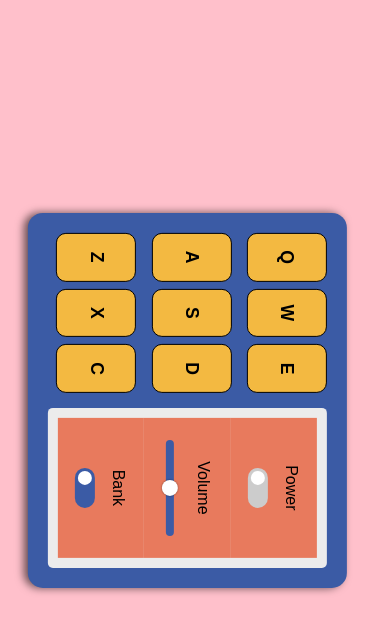
Repository: alfredoleano/drum-machine
Page: /
The author's editor kept a copy of each file at every save. The page is drawn from the files as they stood at one save, then again after the next save.
The browser window is 375 px wide. The pictures show the whole page.
The project was rebuilt for these pictures with package versions that can differ from the ones it lists, and the page was loaded fresh each time.

Above is the page before, as saved 2024-06-12 19:55:52.

### src/App.js
import { useEffect, useState } from 'react';
import './App.css';
import './styles.scss';

function App() {
  const bank1 = {
    Q: 'sounds/Heater-1.mp3',
    W: 'sounds/Heater-2.mp3',
    E: 'sounds/Heater-3.mp3',
    A: 'sounds/Heater-4_1.mp3',
    S: 'sounds/Heater-6.mp3',
    D: 'sounds/Dsc_Oh.mp3',
    Z: 'sounds/Kick_n_Hat.mp3',
    X: 'sounds/RP4_KICK_1.mp3',
    C: 'sounds/Cev_H2.mp3'
  };

  const bank2 = {
    Q: 'sounds/piano.mp3',
    W: 'sounds/jazz.wav',
    E: 'sounds/bangu.wav',
    A: 'sounds/num.wav',
    S: 'sounds/stroke.wav',
    D: 'sounds/cymbals.wav',
    Z: 'sounds/tom.wav',
    X: 'sounds/kick.wav',
    C: 'sounds/snare.wav'
  };

  const [volume, setVolume] = useState(50); // initial sound value
  const [power, setPower] = useState(false); //initial power volume
  const [bank, setBank] = useState(bank1); // initial bank value
  const [isBank1, setIsBank1] = useState(true); // initial bank toggle state

  // Function to change volume
  const changeVolume = (event) => {
    setVolume(event.target.value); // Update the state with current value of the volume slider
  };

  // Function to toggle power
  const togglePower = () => {
    setPower(!power);
  };

  // Function to switch Banks
  const toggleBank = () => {
    setBank(isBank1 ? bank2 : bank1);
    setIsBank1(!isBank1);
  }

  // Function to play sound
  const playSound = (id) => {
    if(!power) return; // Check if the power is on
    const audio = new Audio(bank[id]);
    audio.volume = volume / 100; // initial sound volume
    audio.currentTime = 0; // Set audio to beginning
    audio.play();
  };

  // Use useEffect to add event listener for keydown events
  useEffect(() => {
    // Make the approptiate key play the approptiate sound
    const handleKeydown = (event) => {
      const key = event.key.toUpperCase();
      if(['Q', 'W', 'E', 'A', 'S', 'D', 'Z', 'X', 'C'].includes(key)) {
        playSound(key);

        // Add active class to the button
        const button = document.getElementById(`button-${key}`);
        if(button) {
          button.classList.add('active');
        }
      }
    };

    const handleKeyup = (event) => {
      const key = event.key.toUpperCase();
      if (['Q', 'W', 'E', 'A', 'S', 'D', 'Z', 'X', 'C'].includes(key)) {
        // Remove active class from the button
        const button = document.getElementById(`button-${key}`);
        if (button) {
          button.classList.remove('active');
        }
      }
    };

    // Add keydown event listener
    window.addEventListener('keydown', handleKeydown);
    window.addEventListener('keyup', handleKeyup);

    // Cleanup event listener on component unmount
    return () => {
      window.removeEventListener('keydown', handleKeydown);
      window.removeEventListener('keyup', handleKeyup);
    };
  }, [volume, power, bank]);

  // useEffect(() => {
  //   const handleResize = () => {
  //     const display = document.getElementById('display');
  //     if (window.innerWidth <= 490) {
  //       display.style.width = `${window.innerHeight}px`;
  //     }
  //     else {
  //       display.style.width = '';
  //     }
  //   };

  //   window.addEventListener('resize', handleResize);
  //   handleResize();

  //   return () => {
  //     window.removeEventListener('resize', handleResize);
  //   };
  // }, []);

  return (
    <div className="App">
      <div id='drum-machine'>
        <div id='display'>
          <div className='buttons-grid'>
            <button id="button-Q" onClick={() => playSound('Q')}>Q</button>
            <button id="button-W" onClick={() => playSound('W')}>W</button>
            <button id="button-E" onClick={() => playSound('E')}>E</button>
            <button id="button-A" onClick={() => playSound('A')}>A</button>
            <button id="button-S" onClick={() => playSound('S')}>S</button>
            <button id="button-D" onClick={() => playSound('D')}>D</button>
            <button id="button-Z" onClick={() => playSound('Z')}>Z</button>
            <button id="button-X" onClick={() => playSound('X')}>X</button>
            <button id="button-C" onClick={() => playSound('C')}>C</button>
          </div>

          <div className='controls'>
            <div className='settings'>
              <label>Power</label>
              {/* Rounded switch */}
              <label className="switch">
                <input type="checkbox" checked={power} onChange={togglePower}/>
                <span className="slider round"></span>
              </label>
            </div>

            <div className='settings'>
              <label>Volume</label>
              <input
                type='range'
                min={0}
                max={100}
                value={volume}
                onChange={changeVolume}
                className='blue'
              />
            </div>

            <div className='settings'>
              <label>Bank</label>
              <label className="switch">
                <input type="checkbox" checked={!isBank1} onChange={toggleBank}/>
                <span className="slider bank"></span>
              </label>
            </div>
          </div>
        </div>
      </div>
    </div>
  );
}

export default App;

### src/styles.scss
$primary-color: #E87A5D;
$secondary-color: #F3B941;
$tertiary-color: #3B5BA5;

/* Apply box-sizing: border-box globally */
*,
*::before,
*::after {
  box-sizing: border-box;
}

body {
  box-sizing: border-box;
  font-family: Arial, sans-serif;
  background-color: $primary-color;
  margin: 0;
  padding: 0;
  height: 100vh;
  // display: flex;
  // align-items: center;
  // justify-content: center;
}

#drum-machine {
  width: 100vw;
  height: 100vh;
  display: flex;
  align-items: center;
  justify-content: center;
  // background-color: greenyellow;
}

#display {
  background-color: $tertiary-color;
  width: 85%;
  max-width: 590px;
  margin: 30px auto;
  padding: 20px;
  border-radius: 15px;
  box-shadow: 0 4px 8px rgba(0, 0, 0, 0.6); /* Subtle shadow */
  display: grid;
  grid-template-columns: 1fr 1fr;
  grid-auto-columns: min-content;
  gap: 15px;
}

.buttons-grid {
  display: grid;
  grid-template-columns: repeat(3, 1fr);
  grid-template-rows: repeat(3, 1fr);
  gap: 7px;
  width: 100%;
}

.buttons-grid button {
  width: 100%px;
  height: 80px;
  // width: 100%;
  // height: 100%;
  border-radius: 10px;
  border: 1px solid #000;
  // border: none;
  font-weight: 800;
  font-size: 1.1rem;
  cursor: pointer;
  outline: none;
  background-color: #F3B941;
}

.buttons-grid button:active {
  background-color: #f1c979;
}

// For keydown event
.buttons-grid button.active {
  background-color: #f1c979;
}

.controls {
  padding: 10px;
  width: 100%;
  display: flex;
  align-items: center;
  justify-content: center;
  flex-direction: column;
  border-radius: 5px;
  background-color: #ececec;
}

.settings {
  display: flex;
  flex-direction: column;
  justify-content: space-around;
  align-items: center;
  padding: 10px;
  height: 35%;
  width: 100%;
  background-color: #E87A5D;
}


/********************* Rounded switch styling ***********************/

/* The switch - the box around the slider */
.switch {
  position: relative;
  display: inline-block;
  width: 40px;
  height: 20px;
  // margin-top: 5px;
}

/* Hide default HTML checkbox */
.switch input {
  opacity: 0;
  width: 0;
  height: 0;
}

/* The slider */
.slider {
  position: absolute;
  cursor: pointer;
  top: 0;
  left: 0;
  right: 0;
  bottom: 0;
  background-color: #ccc;
  -webkit-transition: .4s;
  transition: .4s;
  border-radius: 25px;
}

.slider.bank {
  background: $tertiary-color;
}

.slider:before {
  position: absolute;
  content: "";
  height: 14px;
  width: 14px;
  left: 3px;
  bottom: 3px;
  background-color: white;
  -webkit-transition: .4s;
  transition: .4s;
  border-radius: 50%;
}

input:checked + .slider {
  background-color: $tertiary-color;
}

input:focus + .slider {
  box-shadow: 0 0 1px $tertiary-color;
}

input:checked + .slider:before {
  -webkit-transform: translateX(20px);
  -ms-transform: translateX(20px);
  transform: translateX(20px);
}

/* Rounded sliders */
.slider.round {
  border-radius: 34px;
}

.slider.round:before {
  border-radius: 50%;
}


/********************* Volume slider styling ***********************/
/* Style the range input */
input[type="range"] {
  appearance: none; /* Standard property */
  -webkit-appearance: none; /* WebKit browsers (Chrome, Safari, iOS) */
  -moz-appearance: none; /* Firefox */
  -ms-appearance: none; /* Internet Explorer and Edge */
  width: 80%;
  height: 8px; /* Adjust height as needed */
  background: $tertiary-color; /* Track color */
  border-radius: 5px;
  outline: none;
  opacity: 1;
  transition: opacity .2s;
}

/* Style the thumb for WebKit browsers (e.g., Chrome, Safari) */
input[type="range"]::-webkit-slider-thumb {
  -webkit-appearance: none; /* Remove default styling */
  appearance: none;
  width: 16px; /* Adjust thumb width as needed */
  height: 16px; /* Adjust thumb height as needed */
  background: #ffffff; /* Thumb color */
  border-radius: 50%; /* Make thumb round */
  cursor: pointer;
  box-shadow: 0 0 2px rgba(0, 0, 0, 0.5);
}


/* Style the thumb for Firefox */
input[type="range"]::-moz-range-thumb {
  -moz-appearance: none; /* Remove default styling */
  appearance: none; /* Standard property */
  width: 16px; /* Adjust thumb width as needed */
  height: 16px; /* Adjust thumb height as needed */
  background: #ffffff; /* Thumb color */
  border-radius: 50%; /* Make thumb round */
  cursor: pointer;
  box-shadow: 0 0 2px rgba(0, 0, 0, 0.5);
}

/* Style the thumb for Internet Explorer */
input[type="range"]::-ms-thumb {
  -ms-appearance: none; /* Remove default styling */
  appearance: none; /* Standard property */
  width: 16px; /* Adjust thumb width as needed */
  height: 16px; /* Adjust thumb height as needed */
  background: #ffffff; /* Thumb color */
  border-radius: 50%; /* Make thumb round */
  cursor: pointer;
  box-shadow: 0 0 2px rgba(0, 0, 0, 0.5);
}

/* Style the track for Internet Explorer */
input[type="range"]::-ms-track {
  width: 75%;
  height: 8px; /* Adjust height as needed */
  background: $tertiary-color; /* Track color */
  border-color: transparent;
  color: transparent;
  border-radius: 5px;
}

/******************** Mobile Design **********************/
@media screen and (max-width: 490px) {
  body {
    display: flex;
    justify-content: center;
    align-items: center;
  }

  #drum-machine {
    height: 100vh;
    width: 100vw;
    overflow: hidden;
    background-color: pink;
  }

  #display {
    // transform: rotate(90deg);
    // rotate: 90deg;
    // max-width: 100vh;
    width: 100vh;
    height: 85vw;
    transform: rotate(90deg);
    transform-origin: center;
  }

  // .buttons-grid button {
  //   height: 55px;
  // }

  // .settings {}
}

Loaded but not shown: public/index.html (common file); src/index.js (common file); src/index.css (common file); src/reportWebVitals.js (common file); src/App.css (common file)

After the next save:
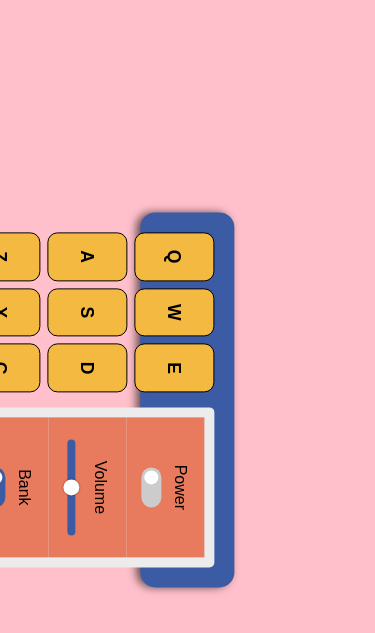
Saved 9 s later.
--- a/src/styles.scss
+++ b/src/styles.scss
@@ -255,7 +255,7 @@
     // rotate: 90deg;
     // max-width: 100vh;
     width: 100vh;
-    height: 85vw;
+    height: 25vw;
     transform: rotate(90deg);
     transform-origin: center;
   }

After the 4 saves that followed:
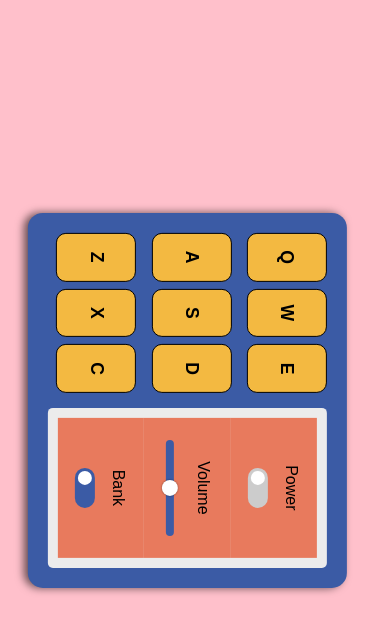
The 4 saves are shown as one change because they came seconds apart.
The last was saved 12 s later.
--- a/src/styles.scss
+++ b/src/styles.scss
@@ -254,8 +254,8 @@
     // transform: rotate(90deg);
     // rotate: 90deg;
     // max-width: 100vh;
-    width: 100vh;
-    height: 25vw;
+    width: 70vh;
+    height: 85vw;
     transform: rotate(90deg);
     transform-origin: center;
   }
